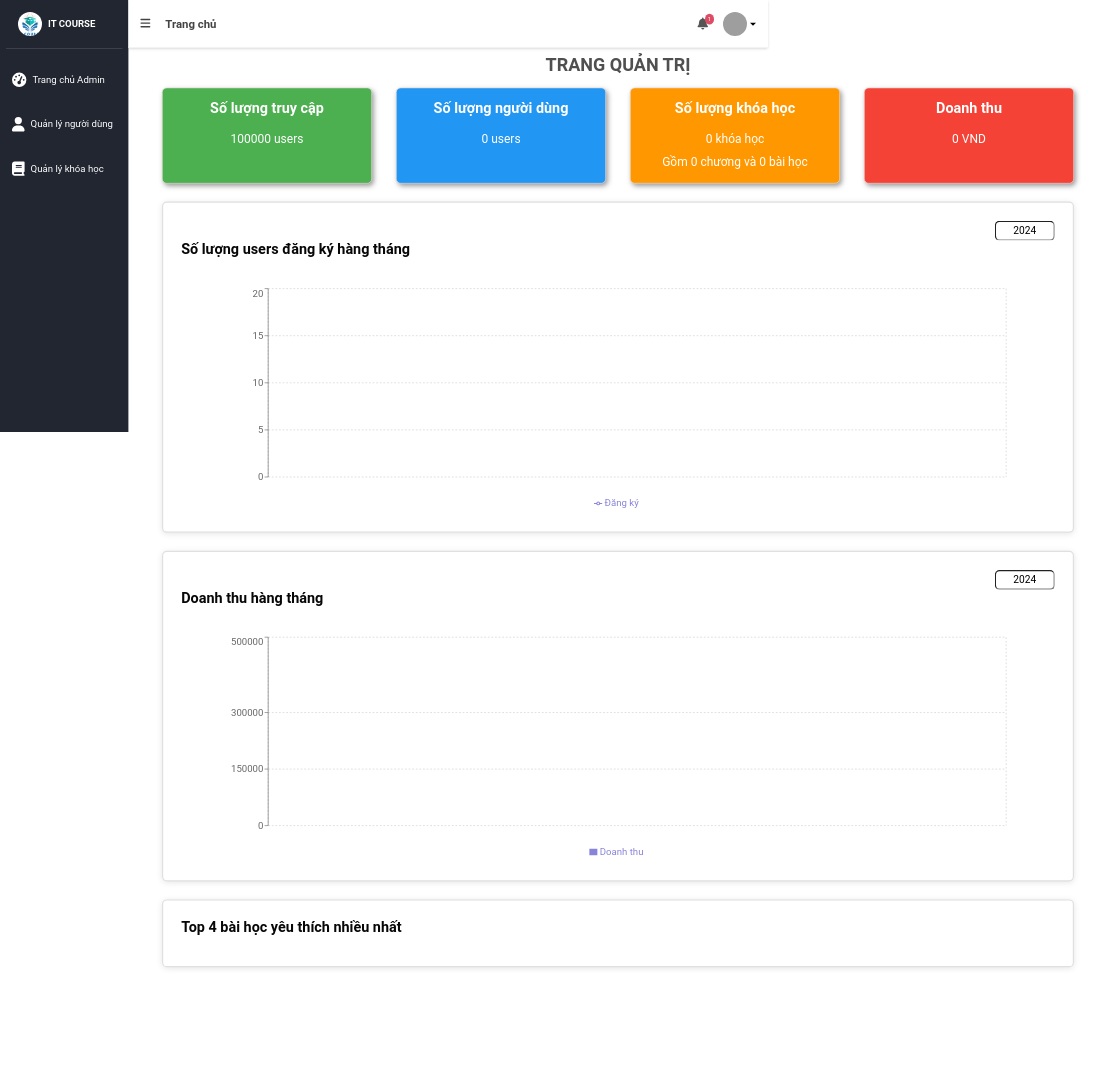
Repository: dungnm3107/CourseReactFE
Page: /admin
These files come from the project's save history. The page is drawn as it stood at one moment and after the next save; the edit follows.
The browser window is 1280 px wide. The page is 1840 px wide, so the pictures cover 1840 px, including what lies to the right of the window. The pictures show the whole page, at 60% of full size.
Pictures or frames that could not be fetched are drawn as grey boxes. The page's requests for data from a server got no answer. Some web libraries are served in a nearby version. The project was rebuilt for these pictures with package versions that can differ from the ones it lists, and the page was loaded fresh each time. No one was signed in, and anything a server would have sent is missing. Also part of the build but not shown: vite.config.ts, src/assets/css/course.css, src/components/slide/AdvertBanner.tsx, src/components/course/CardItemFree.tsx, src/components/course/CardList.tsx, src/components/course/CardItem.tsx, src/components/course/CardListPro.tsx, src/components/course/CardListVideo.tsx and 36 more.

Above is the page before, as saved 2024-11-07 23:14:40.

After the next save:
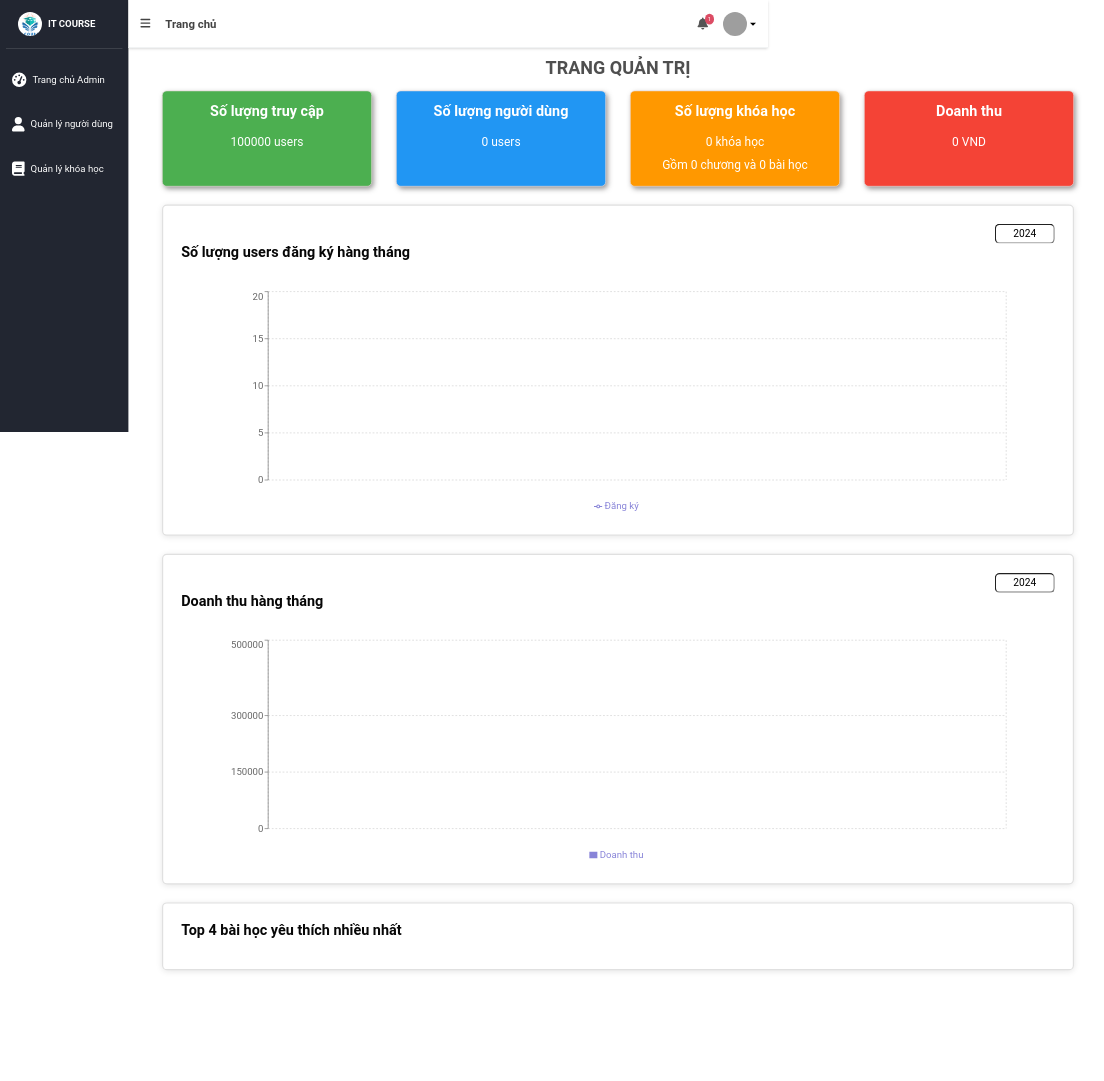
Saved 4 s later.
--- a/src/assets/css/dashboard.css
+++ b/src/assets/css/dashboard.css
@@ -1,5 +1,5 @@
 .content h1 {
-  margin-top: 10px;
+  margin-top: 15px;
   font-size: 30px;
   margin-left:20px;
   text-align: center;
